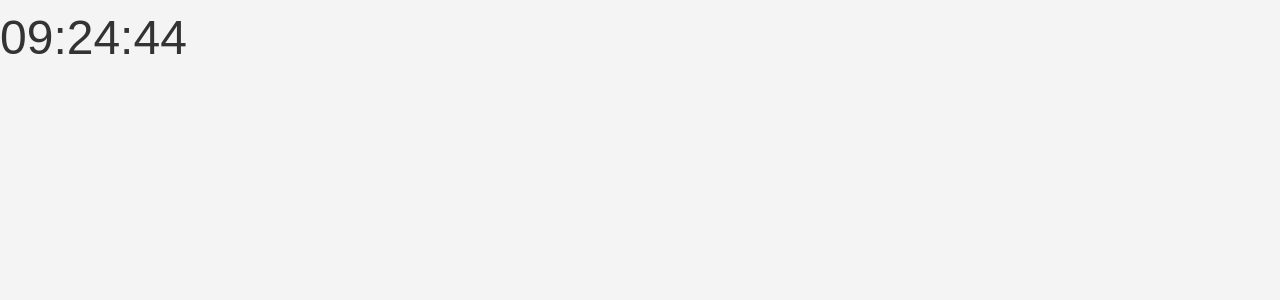
Repository: razrednicasopis/razrednicasopis.github.io
Page: Resources/ura.html
These files come from the project's save history. The page is drawn as it stood at one moment and after the next save; the edit follows.
The browser window is 1280 px wide. The pictures show the whole page.

Above is the page before, as saved 2024-03-07 09:34:11.
Console error: TypeError: Cannot read properties of null (reading 'addEventListener')

### Resources/ura.html
<!DOCTYPE html>
<html lang="en">
<head>
  <meta charset="UTF-8">
  <title>Digitalna ura</title>
  <link rel="stylesheet" href="styless.css">
  <link rel="stylesheet" href="system.css">
</head>
<body>

  <div class="blur-container">
  <div class="clock" id="clock" Align=""></div>
  </div>


  <div id="maintenancePopup">
    <div id="maintenancePopupContent">
      <h1>POVEZAVA IZGUBLJENA</h1>
      <p>Povezava z strežnikom izgubljena zaradi vzdrževanja strani. Prosimo osvežite stran.</p>
      <button id="closeMaintenancePopupBtn">Osveži</button>
    </div>
</div>



  <script src="alerts.js"></script>
  <script src="maintenancemode.js"></script>
  <script>
    function updateClock() {
      const now = new Date();
      const hours = String(now.getHours()).padStart(2, '0');
      const minutes = String(now.getMinutes()).padStart(2, '0');
      const seconds = String(now.getSeconds()).padStart(2, '0');

      const time = `${hours}:${minutes}:${seconds}`;
      document.getElementById('clock').innerText = time;
    }

    // Update every second
    setInterval(updateClock, 1000);

    // Initial call to set the initial time
    updateClock();
  </script>
</body>
</html>

### Resources/styless.css
* {
  margin: 0;
  padding: 0;
  box-sizing: border-box;
}

/* Globalni slogi */
body {
  font-family: Arial, sans-serif;
  line-height: 1.6;
  background-color: #f4f4f4;
  color: #333;
  margin: 0;
  padding: 0;
  max-height: 100vh;
}


.container {
    text-align: center;
    margin-top: 50px;
}

.border-box {
    display: inline-block;
    padding: 200px;
    width: 550px;
    height: 500px;
    border: 5px solid #333; /* Set your desired border color */
    border-radius: 30px; /* Set the border radius for slightly curved corners */
    background-color: #333; /* Set your desired background color inside the border */
}

header {
  background: #333;
  color: #fff;
  padding: 20px;
}

header h1 {
  margin-bottom: 10px;
  font-size: 36px;
}

nav ul {
  list-style: none;
}

nav ul li {
  display: inline;
  margin-right: 20px;
}

nav ul li a {
  color: #fff;
  text-decoration: none;
}

main {
  padding: 20px;
}

section {
  margin-bottom: 30px;
}

section h2 {
  margin-bottom: 15px;
}

article {
  background: #fff;
  padding: 20px;
  border-radius: 5px;
  box-shadow: 0 0 5px rgba(0, 0, 0, 0.1);
}

article h3 {
  margin-bottom: 10px;
}

article p {
  color: #666;
}

article a {
  display: inline-block;
  margin-top: 10px;
  text-decoration: none;
  color: #333;
  border-bottom: 1px solid #333;
  padding-bottom: 2px;
}

article a:hover {
  color: #000;
  border-color: #000;
}



footer {
  text-align: center;
  padding: 30px;
  background-color: #333;
  color: #fff;
  position: absolute;
  bottom: auto;
  width: 100%;
  text-align: center;
}

### Resources/system.css
/* Koda za "Coming Soon" pop-up */

#popupContainer {
    display: none;
    position: fixed;
    top: 50%;
    left: 50%;
    transform: translate(-50%, -50%);
    background-color: #ffffff;
    box-shadow: 0 4px 8px rgba(0, 0, 0, 0.1);
    padding: 20px;
    border-radius: 10px;
    text-align: center;
    z-index: top;
  }

  #popupContent {
    max-width: 400px;
    margin: 0 auto;
  }

  #closePopupBtn {
    background-color: #3498db;
    color: #ffffff;
    padding: 10px 15px;
    border: none;
    border-radius: 5px;
    cursor: pointer;
  }

  #closePopupBtn:hover {
      background-color: #4da8e1;
  }

  #showPopupLink {
    display: inline-block;
    padding: 10px 15px;
    color: #ffffff;
    text-decoration: none;
    border-radius: 5px;
    cursor: pointer;
  }

body.popup-open {
   overflow: hidden;
}

.popup-open .blur-container {
  filter: blur(5px); /* Apply blur effect only when popup is open */
  pointer-events: none;
}

#maintenancePopup {
  display: none;
  position: fixed;
  top: 50%;
  left: 50%;
  transform: translate(-50%, -50%);
  background-color: #ffffff;
  box-shadow: 0 4px 8px rgba(0, 0, 0, 0.1);
  padding: 20px;
  border-radius: 10px;
  text-align: center;
  z-index: 999;
}

#maintenancePopupContent {
  max-width: 400px;
  margin: 0 auto;
}

#closeMaintenancePopupBtn {
  background-color: #3498db;
  color: #ffffff;
  padding: 10px 15px;
  border: none;
  border-radius: 5px;
  cursor: pointer;
  margin-top: 20px;
}

#closeMaintenancePopupBtn:hover {
  background-color: #4da8e1;
}

/* Koda za "Kontakt" obrazec */

#contactform {
    align-self: center;
    }

    .formcontainer {
      text-align: center;
      margin-top: 50px;
      display: flex;
      justify-content: center;
      align-items: flex-start; /* Align items at the top */
  }

  .border-box {
      display: inline-block;
      padding: 20px;
      width: 550px;
      height: 500px;
      border: 5px solid #333; /* Set your desired border color */
      border-radius: 30px; /* Set the border radius for slightly curved corners */
      background-color: #333; /* Set your desired background color inside the border */
  }

  form input,
form textarea {
    width: calc(100% - 40px); /* Adjusted width with a bit of padding on each side */
    padding: 10px; /* Increased padding for better readability */
    margin-bottom: 5px; /* Increased spacing between input areas */
    margin-top: 25px; /* Move input areas slightly lower */
    height: 40px; /* Increased height to make input areas bigger */
}

form select{
width: calc(100% - 40px); /* Adjusted width with a bit of padding on each side */
padding: 10px; /* Increased padding for better readability */
margin-bottom: 5px;
margin-top: 20px; /* Move input areas slightly lower */
height: 40px; /* Height of input areas */
border: 1px solid #ccc; /* Border style */
border-radius: 5px; /* Border radius */
font-size: 16px; /* Font size */
}

form textarea {
  height: 120px;
}

/* Form Submit Button Styles */

/* Your existing CSS code */
/* Koda za "Coming Soon" pop-up */

#popupContainer {
  display: none;
  position: fixed;
  top: 50%;
  left: 50%;
  transform: translate(-50%, -50%);
  background-color: #ffffff;
  box-shadow: 0 4px 8px rgba(0, 0, 0, 0.1);
  padding: 20px;
  border-radius: 10px;
  text-align: center;
  z-index: top;
}


#popupContent {
  max-width: 400px;
  margin: 0 auto;
}

#closePopupBtn {
  background-color: #3498db;
  color: #ffffff;
  padding: 10px 15px;
  border: none;
  border-radius: 5px;
  cursor: pointer;
}

#closePopupBtn:hover {
    background-color: #4da8e1;
}

#showPopupLink {
  display: inline-block;
  padding: 10px 15px;
  color: #ffffff;
  text-decoration: none;
  border-radius: 5px;
  cursor: pointer;
}

body.popup-open {
 overflow: hidden;
}

body.blur {
filter: blur(5px);
pointer-events: none;
z-index: 1;
}

/* Koda za "Kontakt" obrazec */

#contactform {
  align-self: center;
}

.formcontainer {
  text-align: center;
  margin-top: 50px;
  display: flex;
  justify-content: center;
  align-items: flex-start; /* Align items at the top */
}

.border-box {
  display: inline-block;
  padding: 20px;
  width: 550px;
  height: 500px;
  border: 5px solid #333; /* Set your desired border color */
  border-radius: 30px; /* Set the border radius for slightly curved corners */
  background-color: #333; /* Set your desired background color inside the border */
}

form input,
form textarea {
  width: calc(100% - 40px); /* Adjusted width with a bit of padding on each side */
  padding: 10px; /* Increased padding for better readability */
  margin-bottom: 5px; /* Increased spacing between input areas */
  margin-top: 25px; /* Move input areas slightly lower */
  height: 40px; /* Increased height to make input areas bigger */
}

form select{
width: calc(100% - 40px); /* Adjusted width with a bit of padding on each side */
padding: 10px; /* Increased padding for better readability */
margin-bottom: 5px;
margin-top: 20px; /* Move input areas slightly lower */
height: 40px; /* Height of input areas */
border: 1px solid #ccc; /* Border style */
border-radius: 5px; /* Border radius */
font-size: 16px; /* Font size */
}

form textarea {
height: 120px;
}

/* Combined CSS for Blob Button */

*, *:before, *:after {
  box-sizing: border-box;
  margin: 0;
  padding: 0;
}

.buttons {
  margin-top: 2 0px;
  text-align: center;
  border-radius: 30px;
}

.blob-btn {
  z-index: 1;
  position: relative;
  padding: 20px 150px;
  margin-bottom: 40px;
  margin-top: 10px;
  text-align: center;
  text-transform: uppercase;
  color: #0505A9;
  font-size: 16px;
  font-weight: bold;
  background-color: transparent;
  outline: none;
  border: none;
  transition: color 0.5s;
  cursor: pointer;
  border-radius: 30px;
}
.blob-btn:before {
  content: "";
  z-index: 1;
  position: absolute;
  left: 0;
  top: 0;
  width: 100%;
  height: 100%;
  border: 2px solid #0505A9;
  border-radius: 30px;
}
.blob-btn:after {
  content: "";
  z-index: -2;
  position: absolute;
  left: 3px;
  top: 3px;
  width: 100%;
  height: 100%;
  transition: all 0.3s 0.2s;
  border-radius: 30px;
}
.blob-btn:hover {
  color: #FFFFFF;
  border-radius: 30px;
}
.blob-btn:hover:after {
  transition: all 0.3s;
  left: 0;
  top: 0;
  border-radius: 30px;
}
.blob-btn__inner {
  z-index: -1;
  overflow: hidden;
  position: absolute;
  left: 0;
  top: 0;
  width: 100%;
  height: 100%;
  border-radius: 30px;
  background: #ffffff;
}
.blob-btn__blobs {
  position: relative;
  display: block;
  height: 100%;
  filter: url("#goo");
}
.blob-btn__blob {
  position: absolute;
  top: 2px;
  width: 30%;
  height: 100%;
  background: #0505A9;
  border-radius: 100%;
  transform: translate3d(0, 150%, 0) scale(1.7);
  transition: transform 0.45s;
}
@supports (filter: url("#goo")) {
  .blob-btn__blob {
    transform: translate3d(0, 150%, 0) scale(1.4);
  }
}
.blob-btn__blob:nth-child(1) {
  left: 0%;
  transition-delay: 0s;
}
.blob-btn__blob:nth-child(2) {
  left: 30%;
  transition-delay: 0.08s;
}
.blob-btn__blob:nth-child(3) {
  left: 60%;
  transition-delay: 0.16s;
}
.blob-btn__blob:nth-child(4) {
  left: 90%;
  transition-delay: 0.24s;
}
.blob-btn:hover .blob-btn__blob {
  transform: translateZ(0) scale(1.7);
}

/* Define the keyframes for the pulse effect */
@keyframes pulse {
  0% {
    box-shadow: 0 0 0 0 rgba(255, 255, 255, 0.7); /* Initial box shadow color, adjust to match button color */
  }
  50% {
    box-shadow: 0 0 0 20px rgba(255, 255, 255, 0); /* Intermediate box shadow color */
  }
  100% {
    box-shadow: 0 0 0 0 rgba(255, 255, 255, 0); /* Final box shadow color */
  }
}

/* Apply the animation to the button when it's clicked or focused */
.blob-btn:active, .blob-btn:focus {
  animation: pulse 0.3s ease-in-out; /* Adjust the duration to control the pulse speed */
}

@supports (filter: url("#goo")) {
  .blob-btn:hover .blob-btn__blob {
    transform: translateZ(0) scale(1.5);
  }
}

/* CSS za uro */

.clock {

  font-size: 3em;
}

/*CSS za vse stranske nav skupine razen za glavno */

.seznamvsebin {
  display: inline-block;
  vertical-align: bottom;
  width: calc(20% - 4px); /* Adjust width to accommodate border */
  box-sizing: border-box;
  margin: 40px;
  border: 3px solid #000; /* Border thickness */
  height: 750px; /* Set desired height */
  /* Additional styling for seznamvsebin if needed */
  background-color: #f2f2f2;

}

.seznamvsebin nav {
    justify-content: center;
    padding: 30px;

}

.seznamvsebin nav a {
      display: inline-block;
      padding: 5px 10px;
      color: #000000;
      text-align: center;
      text-decoration: none;
      margin-bottom: 5px;
      border: 2px, transparent;
      border-radius: 5px;
      transition: linear, border 0.1s linear;
      font-weight: bold;
}


.seznamvsebin nav a:hover {
    background-color: #e0e0e0;
    border: 2px solid #000000
}

.NoviceContent {
  float: right; /* Align to the right */
  width: calc(80% - 250px); /* Adjusted width */
  box-sizing: border-box;
  margin-top: 100px;
}

.NoviceContent p {
  margin-bottom: 20px;
}

/* Pravila Obrazca CSS */

.pravilaobrazca {
  height: 630px;
}

.pravilaobrazca_opozorilo {
  margin-top: 275px; /* Keeps this div at the bottom */
  color: #666; /* Change text color if desired */
}

/* Random CSS */

/* CSS for the admin credits list */

.creditscontainer {
  display: flex;
  flex-wrap: wrap;
}

.creditslist {
  flex: 1;
  margin: 10px;
  padding: 0;
  list-style-type: none;
}

.creditslist li {
  margin-bottom: 5px;
}

### Resources/alerts.js
 document.addEventListener('DOMContentLoaded', function () {
        document.querySelectorAll('.showPopupLink').forEach(function (link) {
            link.addEventListener('click', function (event) {
                event.preventDefault();
                document.getElementById('popupContainer').style.display = 'block';
                document.body.classList.add('popup-open');
            });
        });

        document.getElementById('closePopupBtn').addEventListener('click', function () {
            document.getElementById('popupContainer').style.display = 'none';
            document.body.classList.remove('popup-open');
        });
    });

    //Maintenance mode pop-up

    document.addEventListener('DOMContentLoaded', function ()  {
        function toggleMaintenancePopup(show) {
            var maintenancePopup = document.getElementById('maintenancePopup');
            if (maintenancePopup) {
                maintenancePopup.style.display = show ? 'block' : 'none';
                document.body.classList.toggle('popup-open', show);
                console.log(Error);
            }
        }


    function checkMaintenanceStatus() {
        setInterval(function () {


            toggleMaintenancePopup(maintenanceMode);

        }, 1000);
    }

    document.getElementById('closeMaintenancePopupBtn').addEventListener('click', function ()  {
        location.reload();
    });

    checkMaintenanceStatus();
});

### Resources/maintenancemode.js
var maintenanceMode = false;

After the next save:
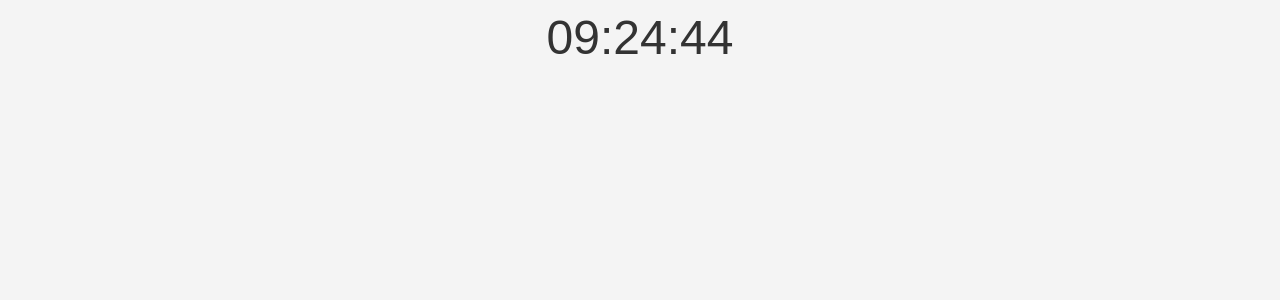
Saved 8 s later.
--- a/Resources/ura.html
+++ b/Resources/ura.html
@@ -9,7 +9,7 @@
 <body>
 
   <div class="blur-container">
-  <div class="clock" id="clock" Align=""></div>
+  <div class="clock" id="clock" Align="middle"></div>
   </div>
 
 

After the 3 saves that followed:
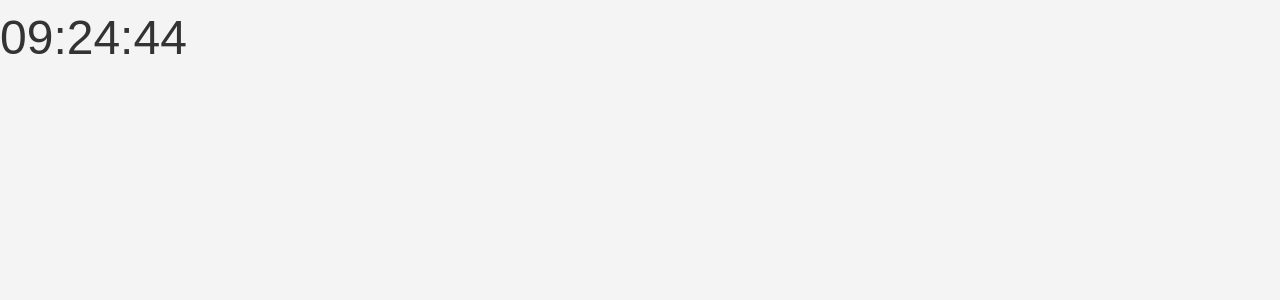
The 3 saves are shown as one change because 2 left the picture as it was.
The last was saved 28 s later.
--- a/Resources/ura.html
+++ b/Resources/ura.html
@@ -9,7 +9,7 @@
 <body>
 
   <div class="blur-container">
-  <div class="clock" id="clock" Align="middle"></div>
+    <div class="clock" id="clock"></div>
   </div>
 
 
